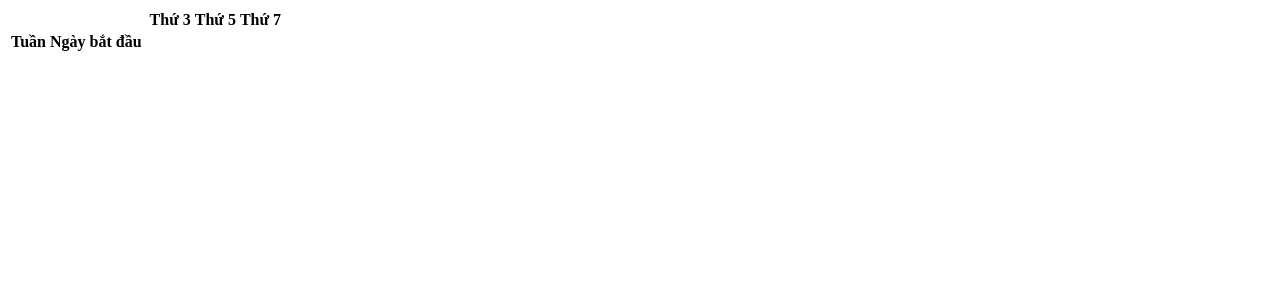
Repository: Lehuyhuynh/BT1-HTML
Page: index.html
These files come from the project's save history. The page is drawn as it stood at one moment and after a run of saves; the edit follows.
The browser window is 1280 px wide. The pictures show the whole page.

Above is the page before, as saved 2023-08-06 21:04:31.

### index.html
<!DOCTYPE html>
<html lang="en">
<head>
  <meta charset="UTF-8">
  <meta name="viewport" content="width=device-width, initial-scale=1.0">
  <title>THỜI KHÓA BIỂU</title>
</head>
<body>

  <div>
    <table>
      <tr>
        <th colspan="3"></th>
        <th>Thứ 3</th>
        <th>Thứ 5</th>
        <th>Thứ 7</th>
      </tr>

      <tr>
        <th>Tuần</th>
        <th>Ngày bắt đầu</th>
        <th></th>
        <th></th>
      </tr>

    </table>
  </div>

</body>
</html>

After the next 4 saves:
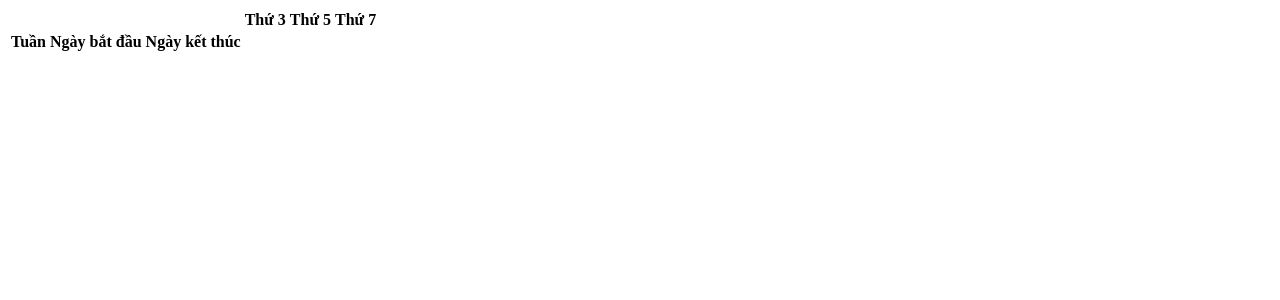
The 4 saves are shown as one change because they came seconds apart.
The last was saved 14 s later.
--- a/index.html
+++ b/index.html
@@ -19,7 +19,7 @@
       <tr>
         <th>Tuần</th>
         <th>Ngày bắt đầu</th>
-        <th></th>
+        <th>Ngày kết thúc</th>
         <th></th>
       </tr>
 
